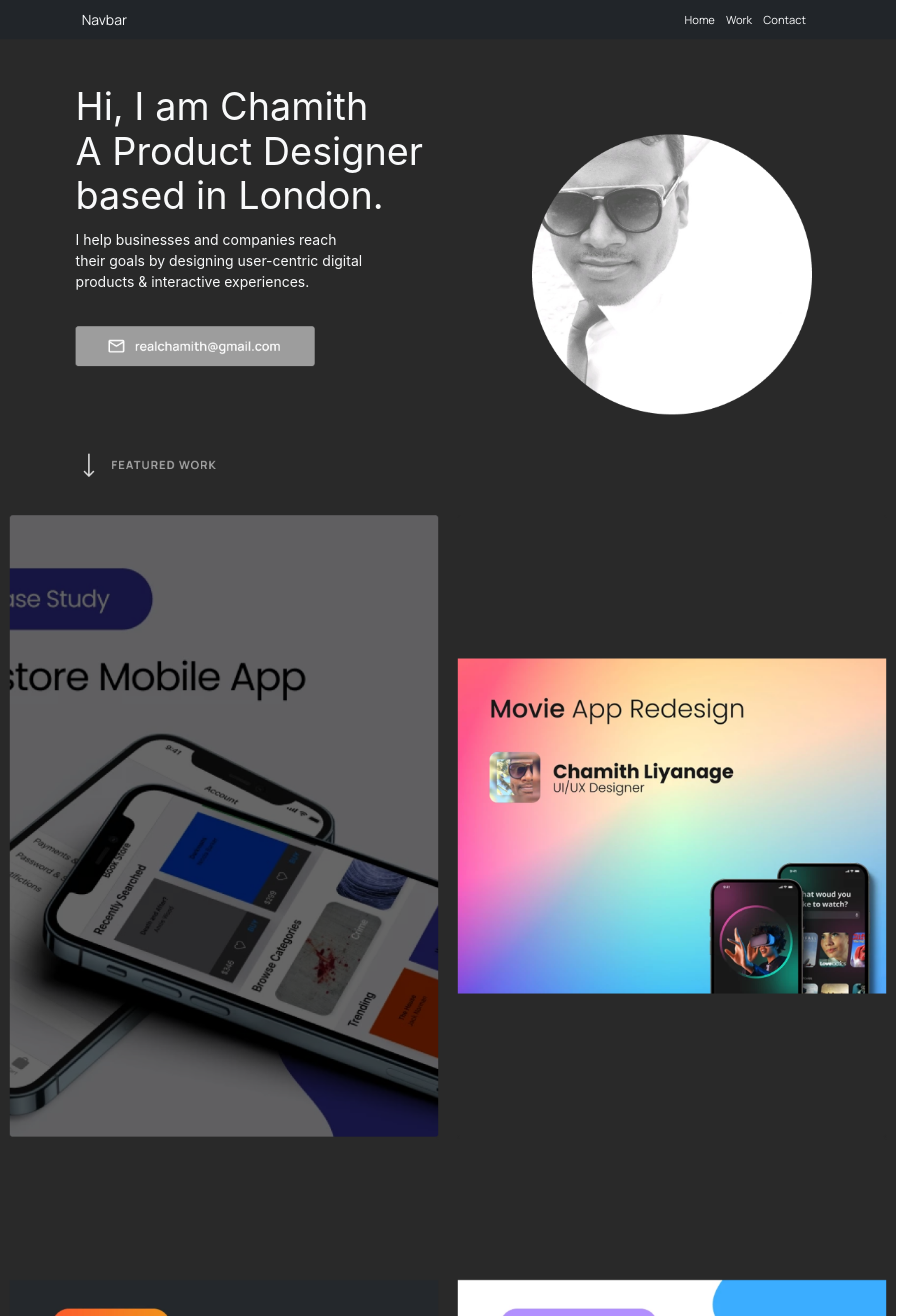
Repository: Realchamithweb/chamith-html
Page: index.html
The author's editor kept a copy of each file at every save. The page is drawn from the files as they stood at one save, then again after the next save.
The browser window is 1280 px wide. The page is 1292 px wide, so the pictures cover 1292 px, including what lies to the right of the window. The pictures show the part of the page from y = 0 to 1880 px (the page is 4121 px tall before and 4151 px after), at 70% of full size.

Above is the page before, as saved 2023-01-04 16:31:13.

### index.html
<!doctype html>
<html lang="en">
  <head>
    <!-- Required meta tags -->
    <meta charset="utf-8">
    <meta name="viewport" content="width=device-width, initial-scale=1">
    <link rel="stylesheet" href="/css/style.css">
    <link rel="script" href="/js/main.js">
    <!-- Bootstrap CSS -->
    <link href="https://cdn.jsdelivr.net/npm/bootstrap@5.0.2/dist/css/bootstrap.min.css" rel="stylesheet" integrity="sha384-EVSTQN3/azprG1Anm3QDgpJLIm9Nao0Yz1ztcQTwFspd3yD65VohhpuuCOmLASjC" crossorigin="anonymous">
    <link rel="stylesheet" href="https://fonts.googleapis.com/css?family=Manrope">
    <title>Hello, world!</title>
  </head>
  <body>
    <div class="main">
            <div class="head">
                <nav class="navbar navbar-expand-lg navbar-light bg-dark">
                    <div class="container-fluid">
                        <div class="col-md-1"></div>
                    <a class="navbar-brand col-md-8 text-light" href="#">Navbar</a>
                    <button class="navbar-toggler" type="button" data-bs-toggle="collapse" data-bs-target="#navbarNavDropdown" aria-controls="navbarNavDropdown" aria-expanded="false" aria-label="Toggle navigation">
                        <span class="navbar-toggler-icon"></span>
                    </button>
                    <div class="collapse navbar-collapse" id="navbarNavDropdown">
                        <ul class="navbar-nav">
                        <li class="nav-item">
                            <a class="nav-link active text-light" aria-current="page" href="#">Home</a>
                        </li>
                        <li class="nav-item">
                            <a class="nav-link text-light" href="/work.html">Work</a>
                        </li>
                        <li class="nav-item">
                            <a class="nav-link text-light" href="/contact.html">Contact</a>
                        </li>
                        </ul>
                    </div>
                    </div>
                </nav>
            </div>

            <section>
            <div class="hero">
                <div class="container-fluid">
                    <div class="row">
                        <div class="col-lg-6">
                            <p class="hero-title text-light mt-5">Hi, I am Chamith<br>
                                A Product Designer<br>
                                based in London.
                            </p>
                            <p class="hero-text text-light mt-2">
                                I help businesses and companies reach <br>
                                their goals by designing user-centric digital <br>
                                products & interactive experiences.
                            </p>
                            <div class="mt-5">
                                <img src="/inc/Btn.png" class="hero-btn">
                            </div>
                        </div>
                        <div class="col-lg-6 d-flex justify-content-center mt-4">
                            <img src="/inc/unsplash_XHVpWcr5grQ.png"" class="hero-img">
                        </div>
                    </div>
                </div>
            </div>
            </section>
            <section>
            <div class="Featured-Work">
                <div class="container-fluid">
                    <div class="row">
                        <div class="col-lg-1  mb-5"></div>
                        <div class="col-lg-10  mb-5 mt-5">
                            <img src="/inc/Featured.png" class="img00">
                        </div>
                        <div class="col-lg-6 d-flex justify-content-center">
                            <img src="/inc/unsplash_mxPiMiz7KCo.png" class="img01">

                        </div>
                        <div class="col-lg-6 d-flex justify-content-center">
                            <img src="/inc/unsplash_g-pKprPg5yw.png" class="img02">
                        </div>
                    </div>
                </div>
                <div class="container-fluid">
                    <div class="row">
                        <div class="col-lg-6 d-flex justify-content-center">
                            <img src="/inc/unsplash_pqzRfBhd9r0.png" class="img01">
                        </div>
                        <div class="col-lg-6 d-flex justify-content-center">
                            <img src="/inc/unsplash_x-HpilsdKEk.png" class="img01">
                        </div>
                    </div>
                </div>
            </div>
            </section>
            <section>
                <div class="Visual-Explorations mb-5">
                    <div class="container-fluild">
                        <div class="row">
                            <div class="col-lg-12 d-flex justify-content-center text-light h1 mt-5 mb-5">Visual Explorations</div>
                            <div class="col-lg-4 d-flex justify-content-center">
                                <img src="/inc/unsplash_fd6K_OFlnRA.png" class="img01">
                            </div>
                            <div class="col-lg-4 d-flex justify-content-center">
                                <img src="/inc/unsplash_Glel-RswQqM.png" class="img01">
                            </div>
                            <div class="col-lg-4 d-flex justify-content-center">
                                <img src="/inc/unsplash_pPTw_RTkvXQ.png" class="img01">
                            </div>
                        </div>
                    </div>
                </div>
            </section>
            <section>
                <div class="Personal-Projects">
                    <div class="container-fluild">
                        <div class="row">
                            <div class="col-lg-12 d-flex justify-content-center text-light h1 mt-5">Personal Projects</div>
                            <div class="col-lg-4 d-flex justify-content-center">
                                <img src="/inc/Rectangle 4.png" class="img01">
                            </div>
                            <div class="col-lg-4 d-flex justify-content-center">
                                <img src="/inc/Rectangle 4-1.png" class="img01">
                            </div>
                            <div class="col-lg-4 d-flex justify-content-center">
                                <img src="/inc/Rectangle 4-2.png" class="img01">
                            </div>
                        </div>
                    </div>
                </div>
            </section>
            <section>
                <div class="contact-me">
                    <div class="container-fluild">
                        <div class="row">
                                <h2 class="text-light d-flex justify-content-center mb-5">Contact Me</h2>
                                <p class="text-light d-flex text-center justify-content-center h5 mb-5">If you are looking to hire a product designer,<br>
                                    I’m currently available for freelance work</p>
                                <div class="col-lg-12 d-flex justify-content-center mb-5">
                                    <img src="/inc/Btn.png" class="img02">
                                </div>
                        </div>
                    </div>
                </div>
            </section>
            <section>
                <div class="footer">
                    <div class="container-fluild">
                        <div class="row">
                            <hr class="text-light">
                            <div class="col-lg-4 text-center text-light mb-3">Made by Chamith — Copyright 2022</div>
                            <div class="col-lg-4 mb-3"></div>
                            <div class="col-lg-4 mb-3"><img src="/inc/Icons.png" class="img02"></div>
                        </div>
                    </div>
                </div>
            </section>

    </div>




    <!-- Optional JavaScript; choose one of the two! -->

    <!-- Option 1: Bootstrap Bundle with Popper -->
    <script src="https://cdn.jsdelivr.net/npm/bootstrap@5.0.2/dist/js/bootstrap.bundle.min.js" integrity="sha384-MrcW6ZMFYlzcLA8Nl+NtUVF0sA7MsXsP1UyJoMp4YLEuNSfAP+JcXn/tWtIaxVXM" crossorigin="anonymous"></script>

    <!-- Option 2: Separate Popper and Bootstrap JS -->
    <!--
    <script src="https://cdn.jsdelivr.net/npm/@popperjs/core@2.9.2/dist/umd/popper.min.js" integrity="sha384-IQsoLXl5PILFhosVNubq5LC7Qb9DXgDA9i+tQ8Zj3iwWAwPtgFTxbJ8NT4GN1R8p" crossorigin="anonymous"></script>
    <script src="https://cdn.jsdelivr.net/npm/bootstrap@5.0.2/dist/js/bootstrap.min.js" integrity="sha384-cVKIPhGWiC2Al4u+LWgxfKTRIcfu0JTxR+EQDz/bgldoEyl4H0zUF0QKbrJ0EcQF" crossorigin="anonymous"></script>
    -->
  </body>
</html>

### css/style.css
.main{
    background-color: #292929;
    font-family: 'Manrope', serif;

}

.hero{
    margin-top: 16px;
}

.hero-img{
    margin-top: 6em;
}

.hero-title{
    font-family: 'Inter';
    font-style: normal;
    font-weight: 400;
    font-size: 54px;
    line-height: 64px;
    margin-left: 96px;
}

.hero-text{
    font-family: 'Inter';
    font-style: normal;
    font-weight: 400;
    font-size: 20px;
    line-height: 30px;
    margin-left: 96px;
}

.hero-btn{
    margin-left: 96px;
}
/*
.hero-title{
    position: absolute;
    width: 824px;
    height: 192px;
    left: 96px;
    top: 240px;

    font-family: 'Inter';
    font-style: normal;
    font-weight: 400;
    font-size: 54px;
    line-height: 64px;
    color: #000000;
}

.hero-text{
    position: absolute;
    width: 824px;
    height: 90px;
    left: 96px;
    top: 456px;

    font-family: 'Inter';
    font-style: normal;
    font-weight: 400;
    font-size: 20px;
    line-height: 30px;
    /* or 150% */
    /* color: #000000
}

.hero-btn{
    box-sizing: border-box;
    position: absolute;
    width: 341.57px;
    height: 57px;
    left: 96px;
    top: 634px;

    background: #FFFFFF;
    border: 1px solid #000000;
    border-radius: 4px;
}

.f-row{
    display: flex;
    flex-direction: row;
    justify-content: center;
    align-items: center;
    padding: 8px;
    gap: 32px;

    position: absolute;
    height: 48px;
    left: 96px;
    top: 836px;
}

.img00{
    display: flex;
    flex-direction: row;
    justify-content: center;
    align-items: center;
    padding: 8px;
    gap: 32px;

    position: absolute;
    width: 198px;
    height: 48px;
    left: 96px;
    top: 836px;

}

.img01{
    position: absolute;
    width: 612px;
    height: 888px;
    left: 96px;
    top: 964px;
    border-radius: 4px;
}

.img01:hover{
    background: linear-gradient(0deg, rgba(0, 0, 0, 0.6), rgba(0, 0, 0, 0.6)), url("/inc/Bookstore.png"), #292929;
}

.img02{
    position: absolute;
    width: 612px;
    height: 888px;
    left: 732px;
    top: 1102px;

    background: url(3ffea8135910975.Y3JvcCwxMDgwLDg0NCwwLDExNw.png), #292929;
    border-radius: 4px;
}  */

After the next save:
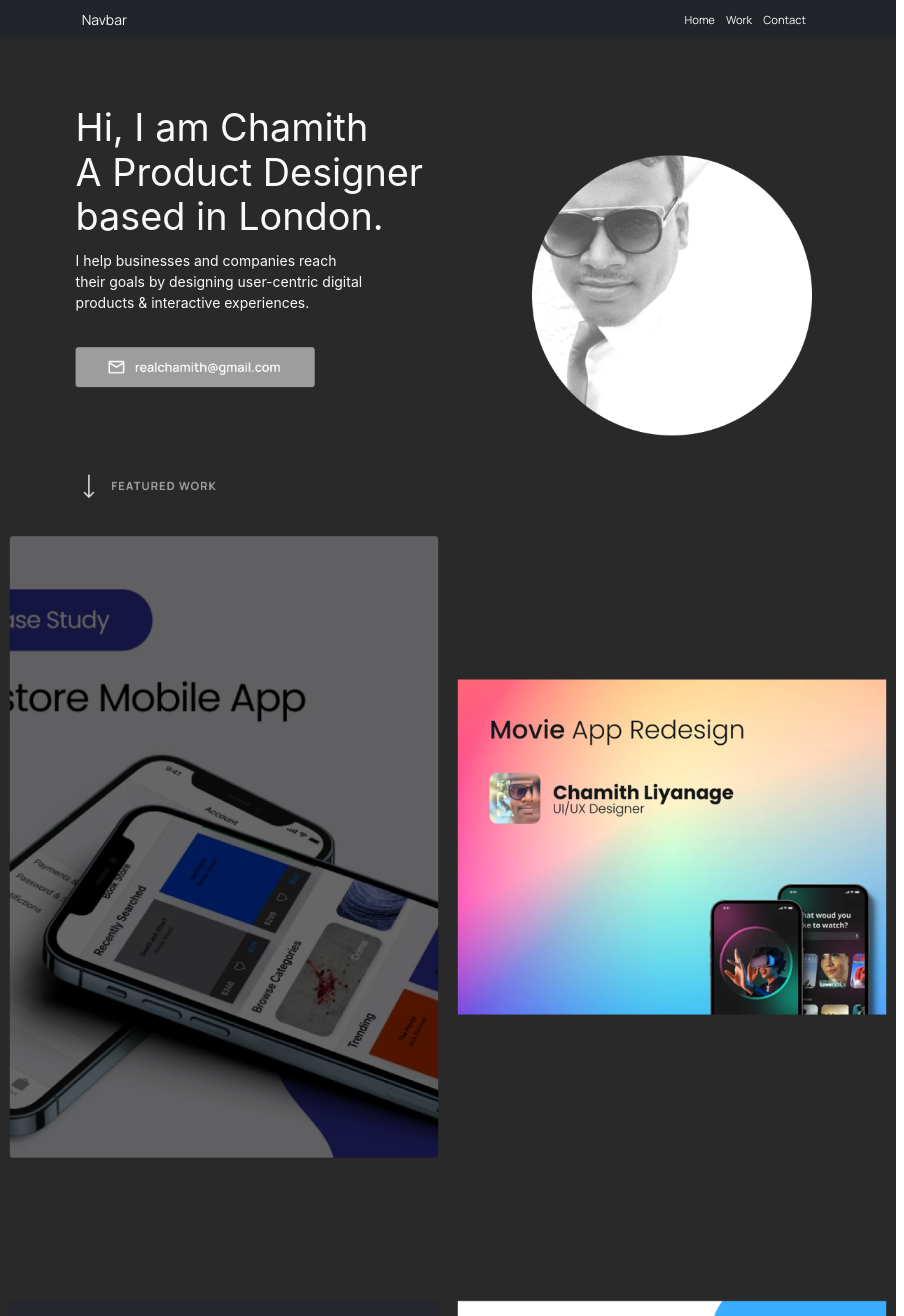
Saved 41 s later.
--- a/css/style.css
+++ b/css/style.css
@@ -5,7 +5,7 @@
 }
 
 .hero{
-    margin-top: 16px;
+    margin-top: 46px;
 }
 
 .hero-img{
